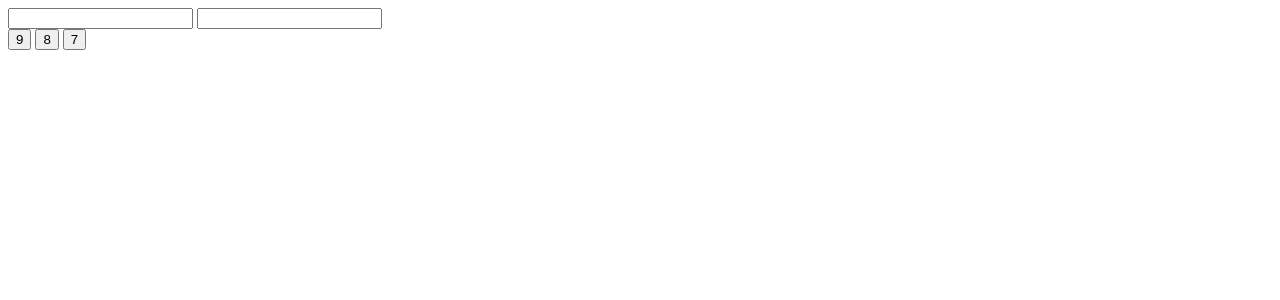
Repository: DNature/calc
Page: index.html
These files come from the project's save history. The page is drawn as it stood at one moment and after the next save; the edit follows.
The browser window is 1280 px wide. The pictures show the whole page.

Above is the page before, as saved 2019-11-20 23:05:49.

### index.html
<!DOCTYPE html>
<html lang="en">
  <head>
    <meta charset="UTF-8" />
    <meta name="viewport" content="width=device-width, initial-scale=1.0" />
    <meta http-equiv="X-UA-Compatible" content="ie=edge" />
    <link rel="stylesheet" href="css/style.css" />
    <title>Calculator</title>
  </head>
  <body>
    <div class="calculator">
      <div class="output">
        <input type="number" id="subField" />
        <input type="number" id="mainField" />
      </div>

      <div class="inputs">
        <div class="row">
          <button id="" class="numbers">9</button>
          <button id="" class="numbers">8</button>
          <button id="" class="numbers">7</button>
        </div>
      </div>
    </div>
    <script src="./js/index.js"></script>
  </body>
</html>

Loaded but not shown: css/style.css (no stored copy; drawn as an empty file); js/index.js (no stored copy; drawn as an empty file)

After the next save:
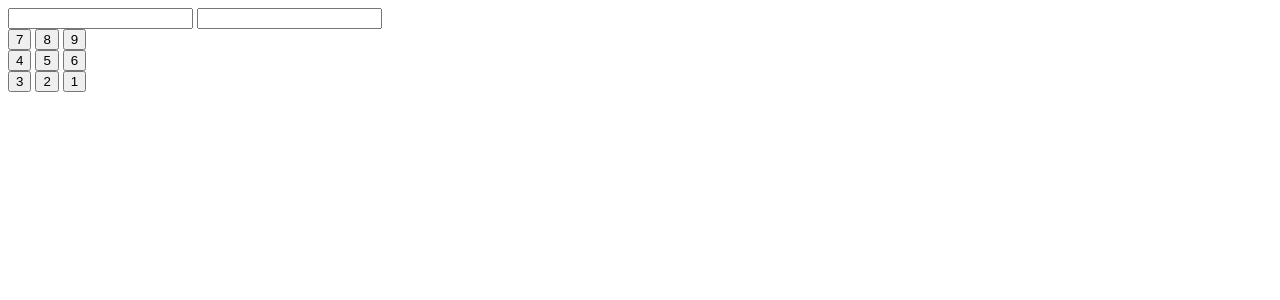
Saved 61 s later.
--- a/index.html
+++ b/index.html
@@ -16,9 +16,19 @@
 
       <div class="inputs">
         <div class="row">
+          <button id="" class="numbers">7</button>
+          <button id="" class="numbers">8</button>
           <button id="" class="numbers">9</button>
-          <button id="" class="numbers">8</button>
-          <button id="" class="numbers">7</button>
+        </div>
+        <div class="row">
+          <button id="" class="numbers">4</button>
+          <button id="" class="numbers">5</button>
+          <button id="" class="numbers">6</button>
+        </div>
+        <div class="row">
+          <button id="" class="numbers">3</button>
+          <button id="" class="numbers">2</button>
+          <button id="" class="numbers">1</button>
         </div>
       </div>
     </div>
